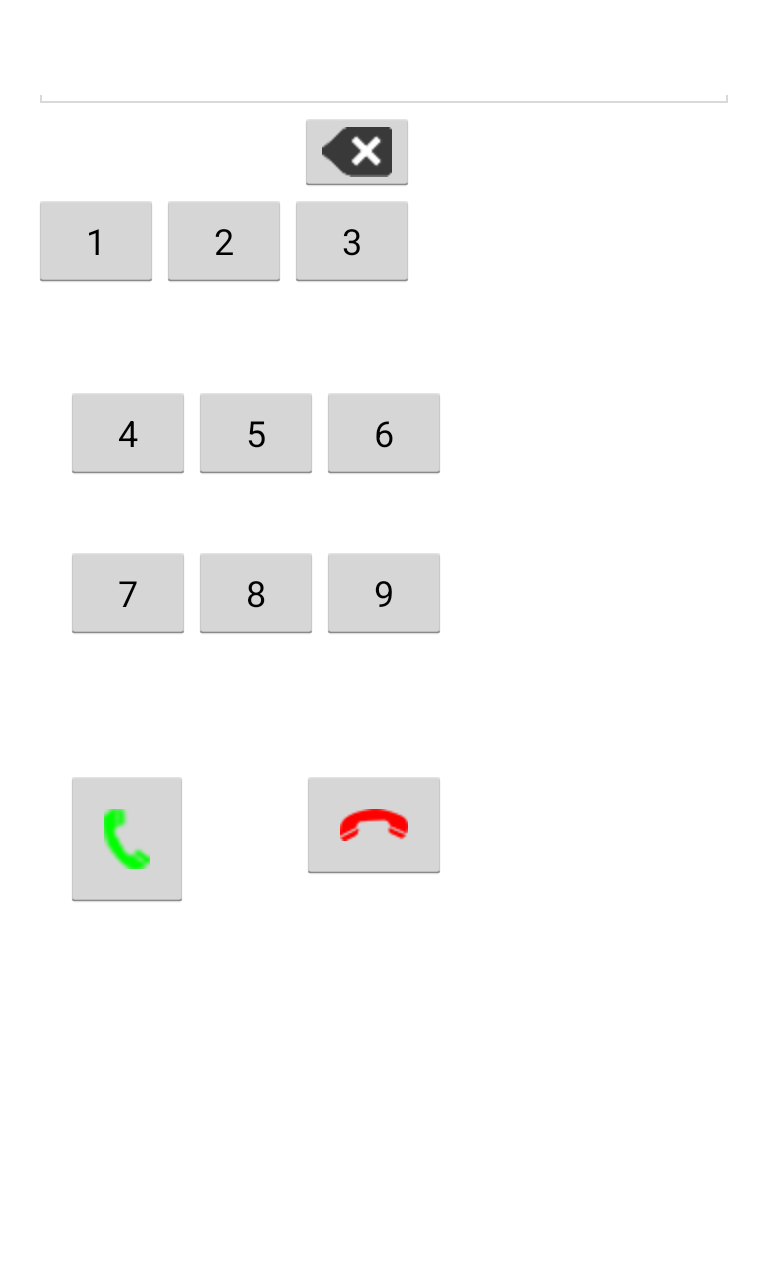
Repository: andreeastoican/Laborator03
Layout: PhoneDialer/res/layout/activity_phone_dialer.xml
The author's editor kept a copy of each file at every save. The layout is drawn from the files as they stood at one save, then again after the next save.
It is drawn on a 768 x 1280 px phone screen (xhdpi) without system bars, with theme AppTheme; the app's code is not run.

Above is the layout before, as saved 2015-03-10 09:59:10.

### PhoneDialer/res/layout/activity_phone_dialer.xml
<LinearLayout xmlns:android="http://schemas.android.com/apk/res/android"
    xmlns:tools="http://schemas.android.com/tools"
    android:layout_width="match_parent"
    android:layout_height="match_parent"
    android:paddingBottom="@dimen/activity_vertical_margin"
    android:paddingLeft="@dimen/activity_horizontal_margin"
    android:paddingRight="@dimen/activity_horizontal_margin"
    android:paddingTop="@dimen/activity_vertical_margin"
    android:orientation="vertical"
    tools:context="ro.pub.cs.systems.pdsd.lab03.phonedialer.PhoneDialerActivity" >

    <EditText
        android:id="@+id/id_edit_text"
		android:layout_width="fill_parent"
	    android:layout_height="wrap_content"
	    android:ems="10"
	    android:inputType="text"
	    android:enabled="false"
        />

    <GridLayout
	    android:id="@+id/GridLayout1"
	    android:layout_width="wrap_content"
	    android:layout_height="wrap_content"
	    tools:context=".GridXMLActivity"
	    android:rowCount="6"
	    android:columnCount="3" >

        <ImageButton
        android:id="@+id/id_img_button"
        android:layout_width="wrap_content"
        android:layout_height="wrap_content"
        android:src="@drawable/backspace"
        android:layout_below="@id/id_edit_text"
        android:layout_alignParentRight="true"
        android:layout_gravity="right"
		android:layout_columnSpan="3"
    	/>

        <Button
			    android:id="@+id/id1"
		    android:layout_width="wrap_content"
	        android:layout_height="wrap_content"
	        android:text="1"
		    />
		<Button
		    android:id="@+id/id2"
		    android:layout_width="wrap_content"
	        android:layout_height="wrap_content"
	        android:text="2"
		    />
		<Button
		    android:id="@+id/id3"
		    android:layout_width="wrap_content"
	        android:layout_height="wrap_content"
	        android:text="3"
		    />

    </GridLayout>



	<LinearLayout
	      android:id="@+id/layout1"
		  android:layout_below="@id/id_img_button"
		  android:layout_width="wrap_content"
		  android:layout_height="wrap_content"
		  android:paddingBottom="@dimen/activity_vertical_margin"
		  android:paddingLeft="@dimen/activity_horizontal_margin"
		  android:paddingRight="@dimen/activity_horizontal_margin"
		  android:paddingTop="@dimen/activity_vertical_margin"
		  android:orientation="horizontal">



	</LinearLayout>

	<LinearLayout
	  android:layout_below="@id/layout1"
	  android:id="@+id/layout2"
	  android:layout_width="wrap_content"
	  android:layout_height="wrap_content"
	  android:paddingBottom="@dimen/activity_vertical_margin"
	  android:paddingLeft="@dimen/activity_horizontal_margin"
	  android:paddingRight="@dimen/activity_horizontal_margin"
	  android:paddingTop="@dimen/activity_vertical_margin"
	  android:orientation="horizontal">

		<Button
		    android:id="@+id/id4"
		    android:layout_width="wrap_content"
	        android:layout_height="wrap_content"
	        android:text="4"
		    />
		<Button
		    android:id="@+id/id5"
		    android:layout_width="wrap_content"
	        android:layout_height="wrap_content"
	        android:text="5"
		    />
		<Button
		    android:id="@+id/id6"
		    android:layout_width="wrap_content"
	        android:layout_height="wrap_content"
	        android:text="6"
		    />

	</LinearLayout>


	<LinearLayout
	  android:layout_below="@id/layout2"
	  android:id="@+id/layout3"
	  android:layout_width="wrap_content"
	  android:layout_height="wrap_content"
	  android:paddingBottom="@dimen/activity_vertical_margin"
	  android:paddingLeft="@dimen/activity_horizontal_margin"
	  android:paddingRight="@dimen/activity_horizontal_margin"
	  android:paddingTop="@dimen/activity_vertical_margin"
	  android:orientation="horizontal">

		<Button
		    android:id="@+id/id7"
		    android:layout_width="wrap_content"
	        android:layout_height="wrap_content"
	        android:text="7"
		    />
		<Button
		    android:id="@+id/id8"
		    android:layout_width="wrap_content"
	        android:layout_height="wrap_content"
	        android:text="8"
		    />
		<Button
		    android:id="@+id/id9"
		    android:layout_width="wrap_content"
	        android:layout_height="wrap_content"
	        android:text="9"
		    />

	</LinearLayout>

	<LinearLayout
	  android:layout_below="@id/layout3"
	  android:id="@+id/layout4"
	  android:layout_width="wrap_content"
	  android:layout_height="wrap_content"
	  android:paddingBottom="@dimen/activity_vertical_margin"
	  android:paddingLeft="@dimen/activity_horizontal_margin"
	  android:paddingRight="@dimen/activity_horizontal_margin"
	  android:paddingTop="@dimen/activity_vertical_margin"
	  android:orientation="horizontal">


	</LinearLayout>

	<RelativeLayout
	  android:layout_below="@id/layout4"
	  android:layout_width="wrap_content"
	  android:layout_height="wrap_content"
	  android:paddingBottom="@dimen/activity_vertical_margin"
	  android:paddingLeft="@dimen/activity_horizontal_margin"
	  android:paddingRight="@dimen/activity_horizontal_margin"
	  android:paddingTop="@dimen/activity_vertical_margin"
	  android:orientation="horizontal">

		<ImageButton
		    android:id="@+id/img_on"
		    android:layout_width="wrap_content"
	        android:layout_height="wrap_content"
	        android:src="@drawable/call"
	        android:padding="20dp"
		    />

		<ImageButton
		    android:id="@+id/img_off"
		    android:layout_width="wrap_content"
	        android:layout_height="wrap_content"
	        android:text="#"
	        android:layout_toRightOf="@id/img_on"
	        android:padding="20dp"
	        android:layout_marginLeft="55dp"
	        android:src="@drawable/hangup"
		    />
	</RelativeLayout>"

</LinearLayout>

Loaded but not shown: PhoneDialer/res/values/styles.xml (common file); PhoneDialer/res/values-v11/styles.xml (common file); PhoneDialer/res/values-v14/styles.xml (common file); PhoneDialer/res/values/dimens.xml (common file); PhoneDialer/res/values-w820dp/dimens.xml (common file)

After the next save:
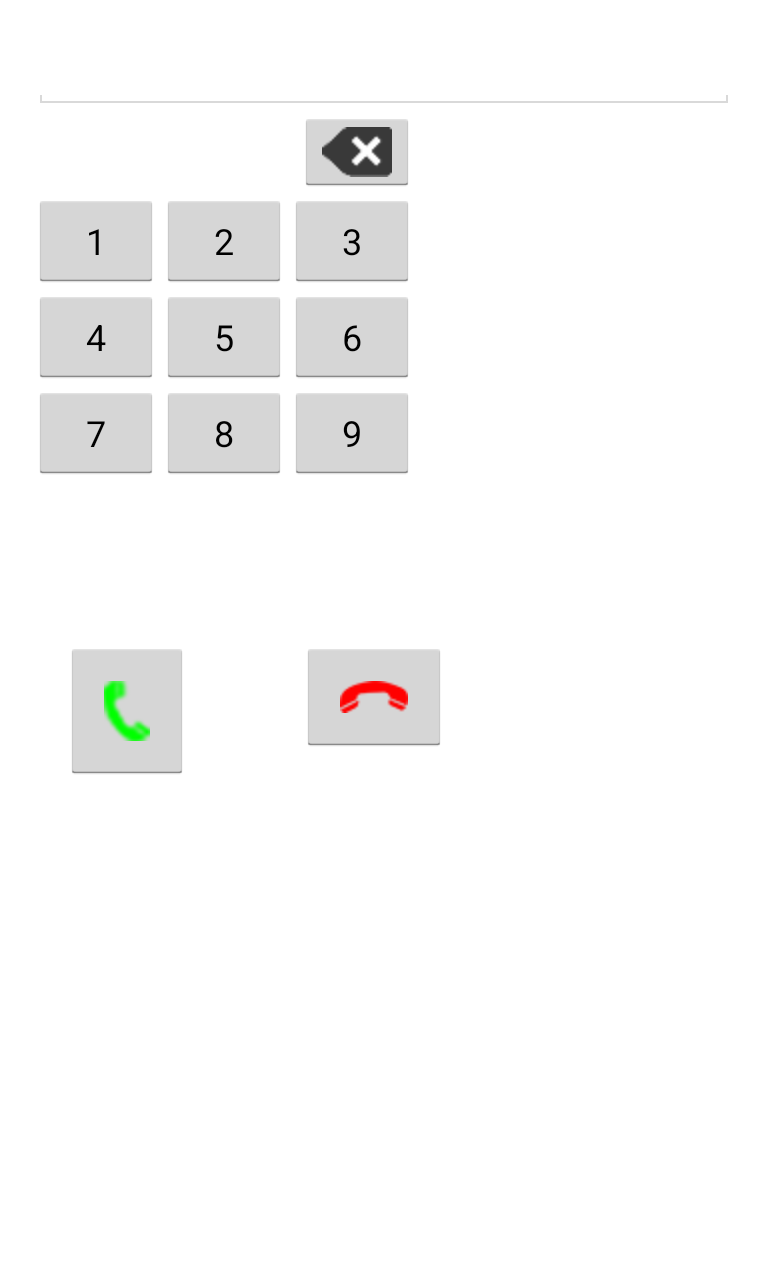
Saved 37 s later.
--- a/PhoneDialer/res/layout/activity_phone_dialer.xml
+++ b/PhoneDialer/res/layout/activity_phone_dialer.xml
@@ -56,36 +56,6 @@
 	        android:text="3"
 		    />
 
-    </GridLayout>
-
-
-
-	<LinearLayout
-	      android:id="@+id/layout1"
-		  android:layout_below="@id/id_img_button"
-		  android:layout_width="wrap_content"
-		  android:layout_height="wrap_content"
-		  android:paddingBottom="@dimen/activity_vertical_margin"
-		  android:paddingLeft="@dimen/activity_horizontal_margin"
-		  android:paddingRight="@dimen/activity_horizontal_margin"
-		  android:paddingTop="@dimen/activity_vertical_margin"
-		  android:orientation="horizontal">
-
-
-
-	</LinearLayout>
-
-	<LinearLayout
-	  android:layout_below="@id/layout1"
-	  android:id="@+id/layout2"
-	  android:layout_width="wrap_content"
-	  android:layout_height="wrap_content"
-	  android:paddingBottom="@dimen/activity_vertical_margin"
-	  android:paddingLeft="@dimen/activity_horizontal_margin"
-	  android:paddingRight="@dimen/activity_horizontal_margin"
-	  android:paddingTop="@dimen/activity_vertical_margin"
-	  android:orientation="horizontal">
-
 		<Button
 		    android:id="@+id/id4"
 		    android:layout_width="wrap_content"
@@ -105,20 +75,6 @@
 	        android:text="6"
 		    />
 
-	</LinearLayout>
-
-
-	<LinearLayout
-	  android:layout_below="@id/layout2"
-	  android:id="@+id/layout3"
-	  android:layout_width="wrap_content"
-	  android:layout_height="wrap_content"
-	  android:paddingBottom="@dimen/activity_vertical_margin"
-	  android:paddingLeft="@dimen/activity_horizontal_margin"
-	  android:paddingRight="@dimen/activity_horizontal_margin"
-	  android:paddingTop="@dimen/activity_vertical_margin"
-	  android:orientation="horizontal">
-
 		<Button
 		    android:id="@+id/id7"
 		    android:layout_width="wrap_content"
@@ -137,6 +93,24 @@
 	        android:layout_height="wrap_content"
 	        android:text="9"
 		    />
+
+    </GridLayout>
+
+
+
+
+	<LinearLayout
+	  android:layout_below="@id/layout2"
+	  android:id="@+id/layout3"
+	  android:layout_width="wrap_content"
+	  android:layout_height="wrap_content"
+	  android:paddingBottom="@dimen/activity_vertical_margin"
+	  android:paddingLeft="@dimen/activity_horizontal_margin"
+	  android:paddingRight="@dimen/activity_horizontal_margin"
+	  android:paddingTop="@dimen/activity_vertical_margin"
+	  android:orientation="horizontal">
+
+
 
 	</LinearLayout>
 
